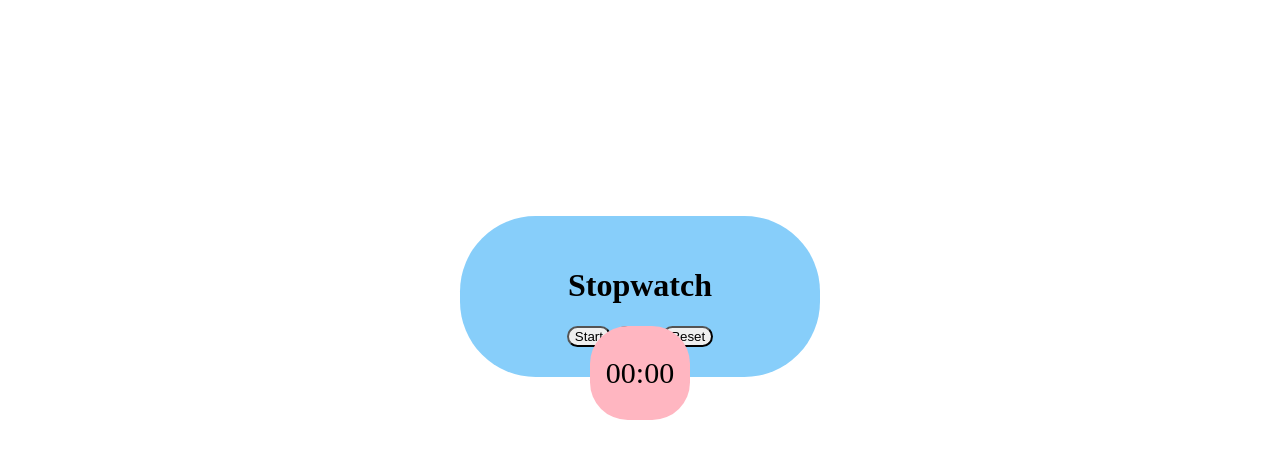
Repository: LeyaAbraham/web-dev
Page: clock.html
These files come from the project's save history. The page is drawn as it stood at one moment and after the next save; the edit follows.
The browser window is 1280 px wide. The pictures show the whole page.

Above is the page before, as saved 2021-01-05 23:18:55.

After the next save:
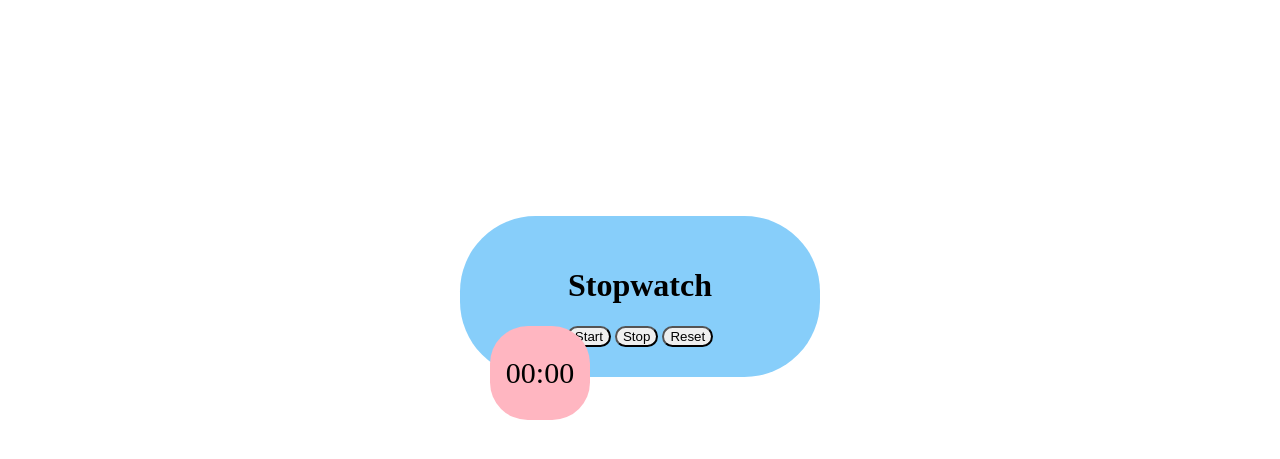
Saved 4 s later.
--- a/style.css
+++ b/style.css
@@ -30,8 +30,7 @@ p {
     border-radius: 1cm;
     text-align: center;
     position: absolute;
-	left: 0;
-	right: 0;
+
 
 	margin: auto;
 }
